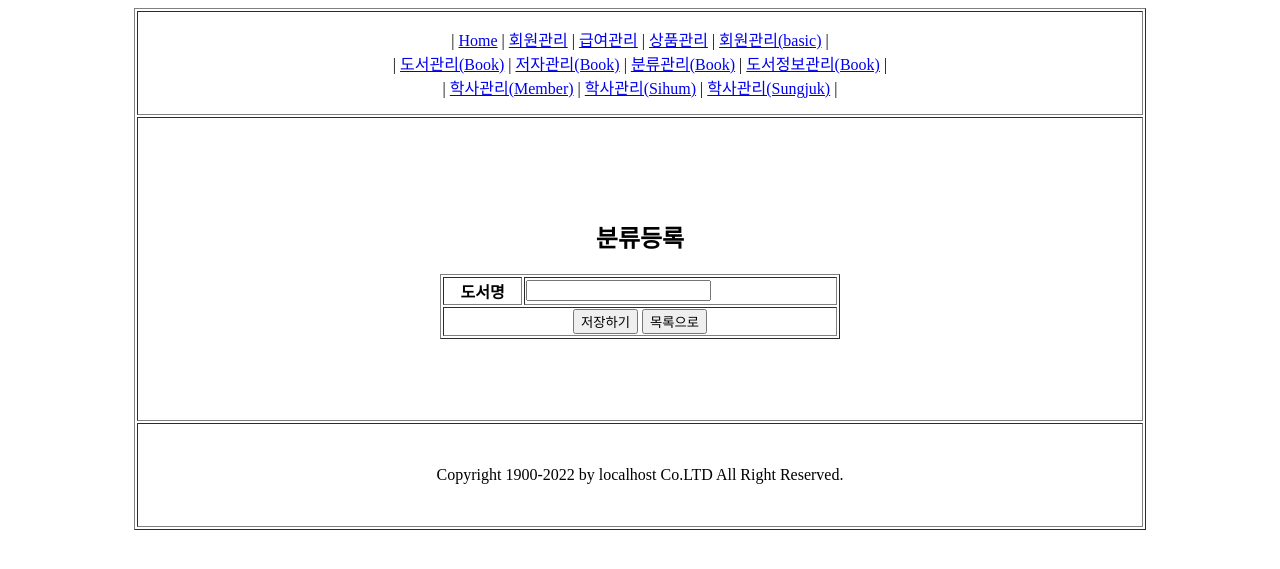
Repository: Mildous/HKIT-BackendClass
Page: http://localhost/jspTest/BookInfo/insert.jsp
These files come from the project's save history. The page is drawn as it stood at one moment and after the next save; the edit follows.
The browser window is 1280 px wide. The pictures show the whole page.
The page is served by Tomcat 9.

Above is the page before, as saved 2022-08-16 06:57:11.

After the next save:
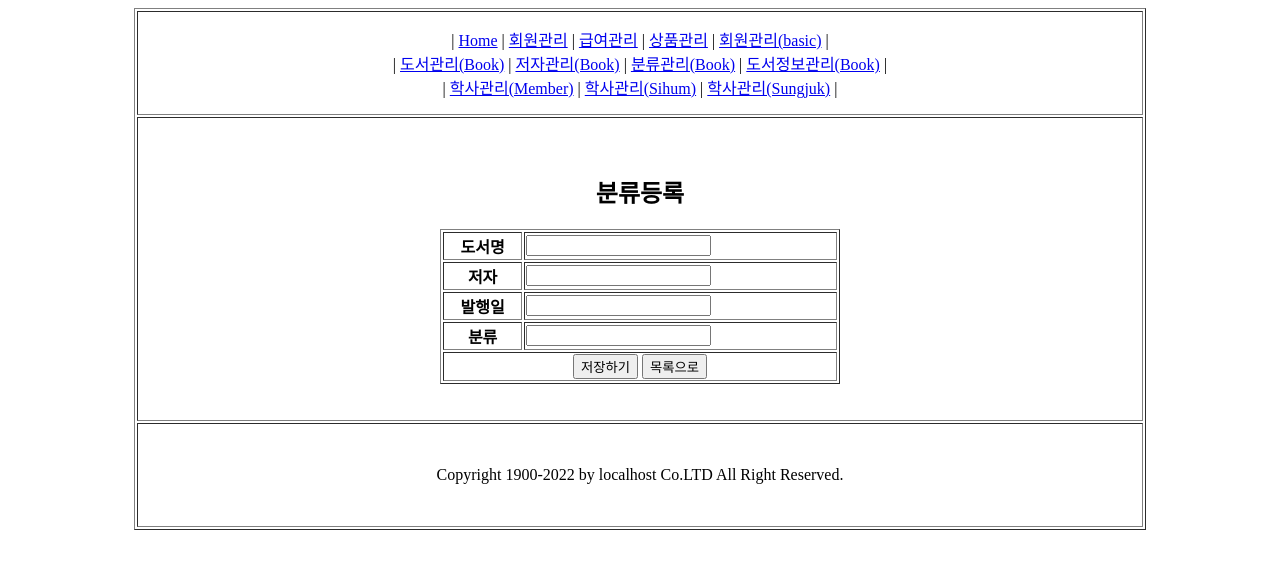
Saved 46 s later.
--- a/workspace/jsp/jspTest/WebContent/BookInfo/insert_sub.jsp
+++ b/workspace/jsp/jspTest/WebContent/BookInfo/insert_sub.jsp
@@ -8,6 +8,18 @@
 	<tr>
 		<th>도서명</th>
 		<td><input type="text" name="subject" id="subject"></td>
+	</tr>
+	<tr>
+		<th>저자</th>
+		<td><input type="text" name="authorId" id="authorId"></td>
+	</tr>
+	<tr>
+		<th>발행일</th>
+		<td><input type="text" name="created" id="created"></td>
+	</tr>
+	<tr>
+		<th>분류</th>
+		<td><input type="text" name="profileId" id="profileId"></td>
 	</tr>
 	<tr>
 		<td colspan="2" align="center">
